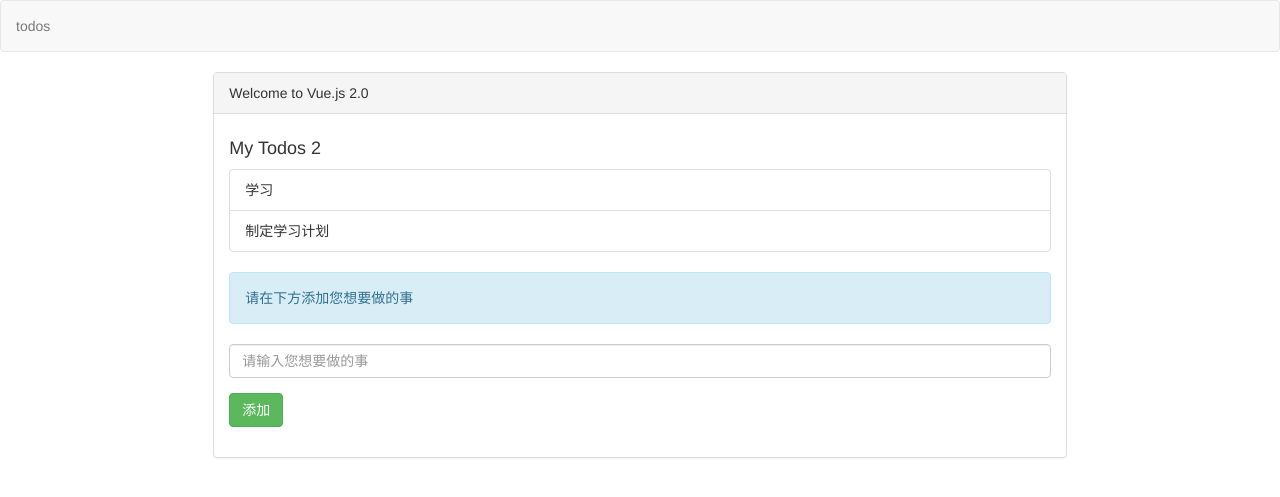
Repository: myr1111/todo
Page: Todoapp/index.html
An editor plug-in stored every save of this project. The page is shown before and after a run of saves, followed by the edit.
The browser window is 1280 px wide. The pictures show the whole page.

Above is the page before, as saved 2019-04-01 08:34:53.

### Todoapp/index.html
<!DOCTYPE html>
<html lang="en">
<head>
    <meta charset="UTF-8">
    <meta name="viewport" content="width=device-width, initial-scale=1.0">
    <meta http-equiv="X-UA-Compatible" content="ie=edge">
    <title>Document</title>
    <link rel="stylesheet" href="bootstrap.min.css">
    <script src="vue.min.js"></script>
</head>
<body>
    <nav class="navbar navbar-default">
        <p class="navbar-text">todos</p>
    </nav>
    <div id="app" class="container col-md-8 col-md-offset-2">
        <div class="row">
            <div class="panel panel-default">
                <div class=" panel-heading">Welcome to Vue.js 2.0</div>
                <div class="panel-body">
                    <h4>My Todos {{todosCount}}</h4>
                    <ul class="list-group">
                        <li class="list-group-item"
                            v-for="todo in todos"
                        >{{todo.title}}</li>
                    </ul>
                    <div class="alert alert-info">请在下方添加您想要做的事</div>
                    <form v-on:submit.prevent="add()">
                        <div class="form-group">
                            <input type="text" placeholder="请输入您想要做的事" class="form-control">
                        </div>
                        <div class="form-group">
                            <button type="submit" class="btn btn-success">添加</button>
                        </div>
                    </form>
                </div>
            </div>
        </div>
    </div>
    <script>
        new Vue({
            el : "#app",
            data : {
                todos : [
                    {title : "学习"},
                    {title : "制定学习计划"}
                ]
            },
            computed: {
                todosCount(){
                    return this.todos.length;
                }
            },
            methods: {
                add(){
                    console.log(111);
                }
            },
        });

    </script>
</body>
</html>

Loaded but not shown: Todoapp/bootstrap.min.css (library); Todoapp/vue.min.js (library)

After the next 3 saves:
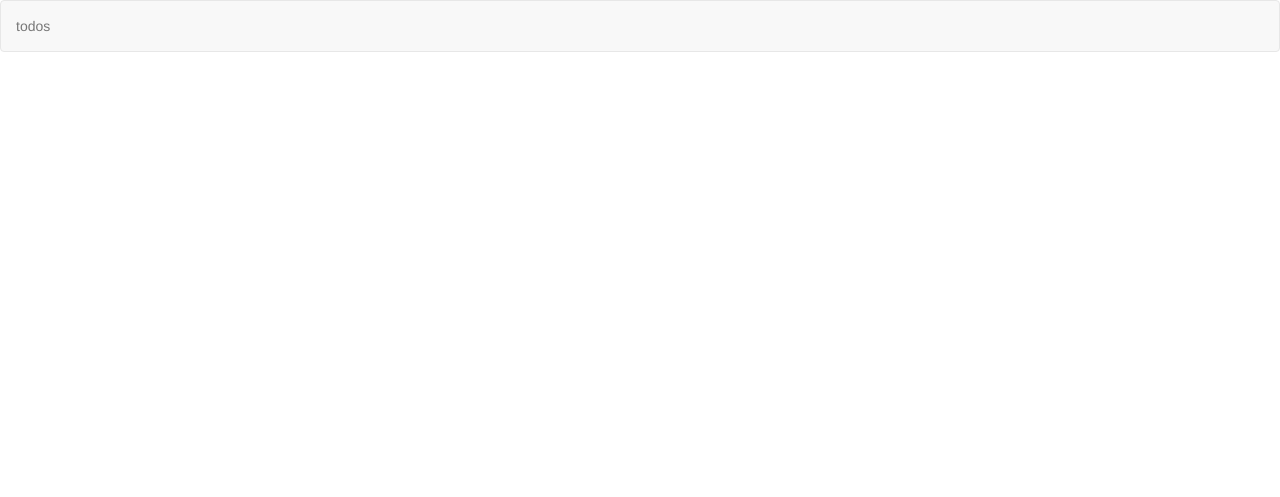
The 3 saves are shown as one change because they came seconds apart.
The last was saved 40 s later.
--- a/Todoapp/index.html
+++ b/Todoapp/index.html
@@ -26,7 +26,7 @@
                     <div class="alert alert-info">请在下方添加您想要做的事</div>
                     <form v-on:submit.prevent="add()">
                         <div class="form-group">
-                            <input type="text" placeholder="请输入您想要做的事" class="form-control">
+                            <input v-model="" type="text" placeholder="请输入您想要做的事" class="form-control">
                         </div>
                         <div class="form-group">
                             <button type="submit" class="btn btn-success">添加</button>

After the 5 saves that followed:
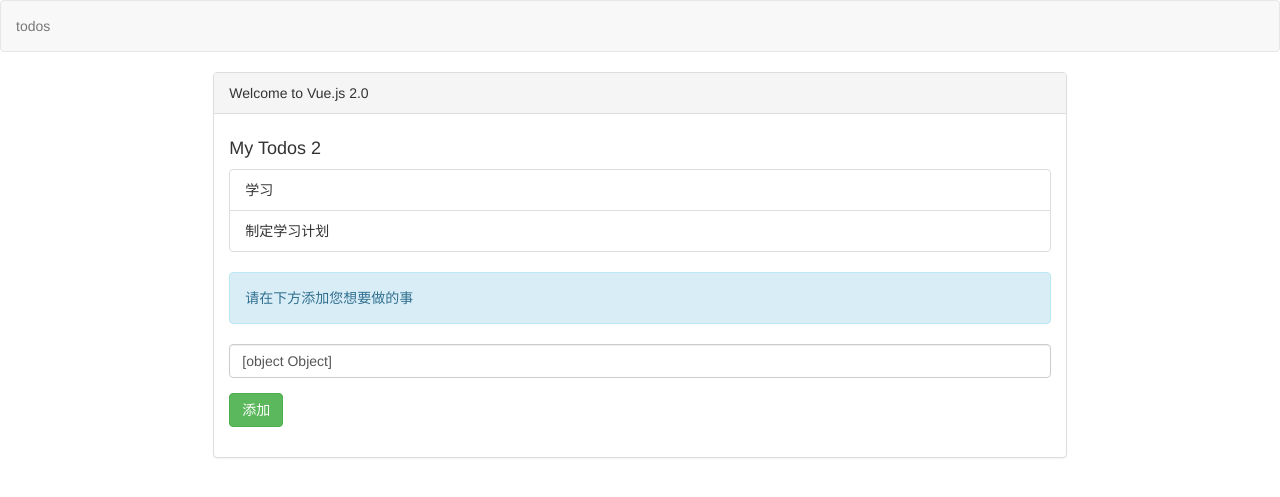
The 5 saves are shown as one change because 3 left the picture as it was and some came seconds apart.
The last was saved 32 s later.
--- a/Todoapp/index.html
+++ b/Todoapp/index.html
@@ -26,7 +26,7 @@
                     <div class="alert alert-info">请在下方添加您想要做的事</div>
                     <form v-on:submit.prevent="add()">
                         <div class="form-group">
-                            <input v-model="" type="text" placeholder="请输入您想要做的事" class="form-control">
+                            <input v-model="newTodo" type="text" placeholder="请输入您想要做的事" class="form-control">
                         </div>
                         <div class="form-group">
                             <button type="submit" class="btn btn-success">添加</button>
@@ -43,7 +43,8 @@
                 todos : [
                     {title : "学习"},
                     {title : "制定学习计划"}
-                ]
+                ],
+                newTodo : {title : ""}
             },
             computed: {
                 todosCount(){
